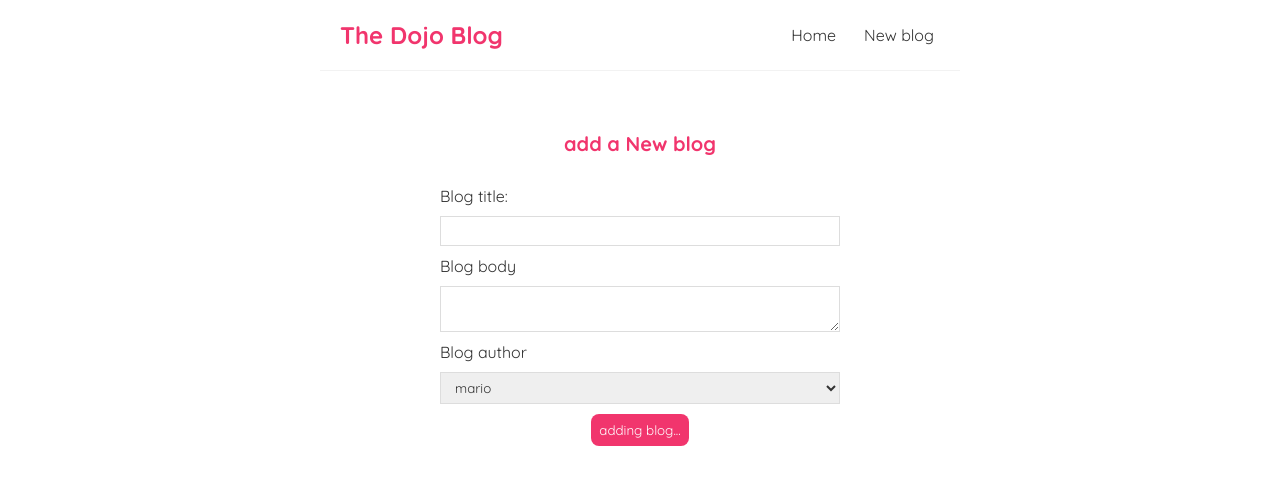
Repository: Samkiroko/full-reacr-ninja
Page: /create
The author's editor kept a copy of each file at every save. The page is drawn from the files as they stood at one save, then again after the next save.
The browser window is 1280 px wide. The pictures show the whole page.
The project was rebuilt for these pictures with package versions that can differ from the ones it lists, and the page was loaded fresh each time. Also part of the build but not shown: src/BlogList.js, src/useFetch.js, src/Home.js, src/BlogDetails.js.

Above is the page before, as saved 2021-07-23 17:34:52.

After the next save:
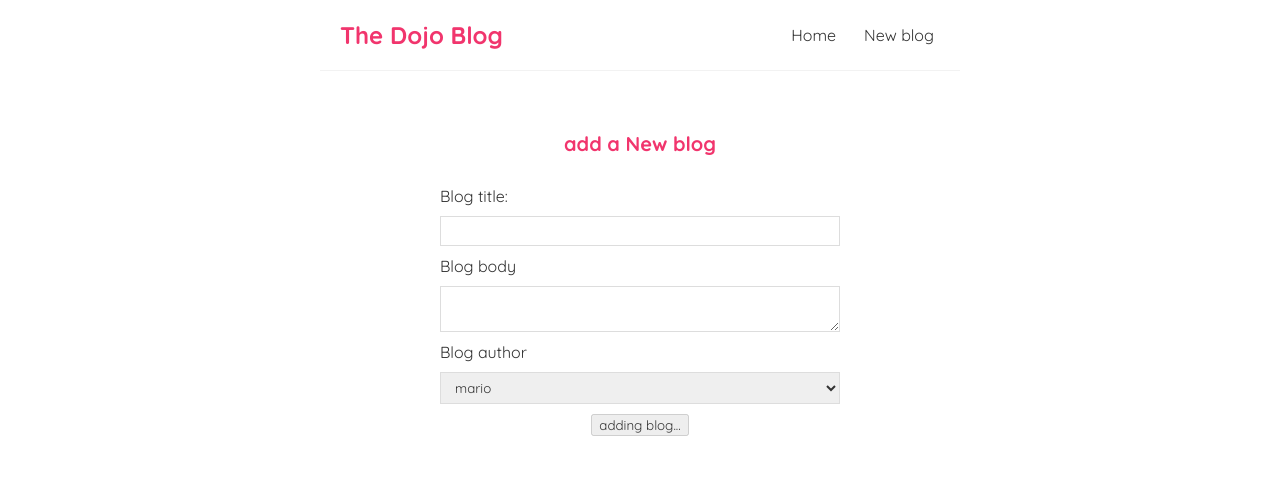
Saved 54 s later.
--- a/src/index.css
+++ b/src/index.css
@@ -117,15 +117,17 @@
     display: block;
 }
 
-.create button {
+
+/* .create button {
     background: #f1356d;
     color: #fff;
     border: 0;
     padding: 8px;
     border-radius: 8px;
-    cursor: pointer;
+    cursor: pointer; */
+
+
 }
-
 .create__add button {
     background: #35f1b2 !important;
     color: #fff;
